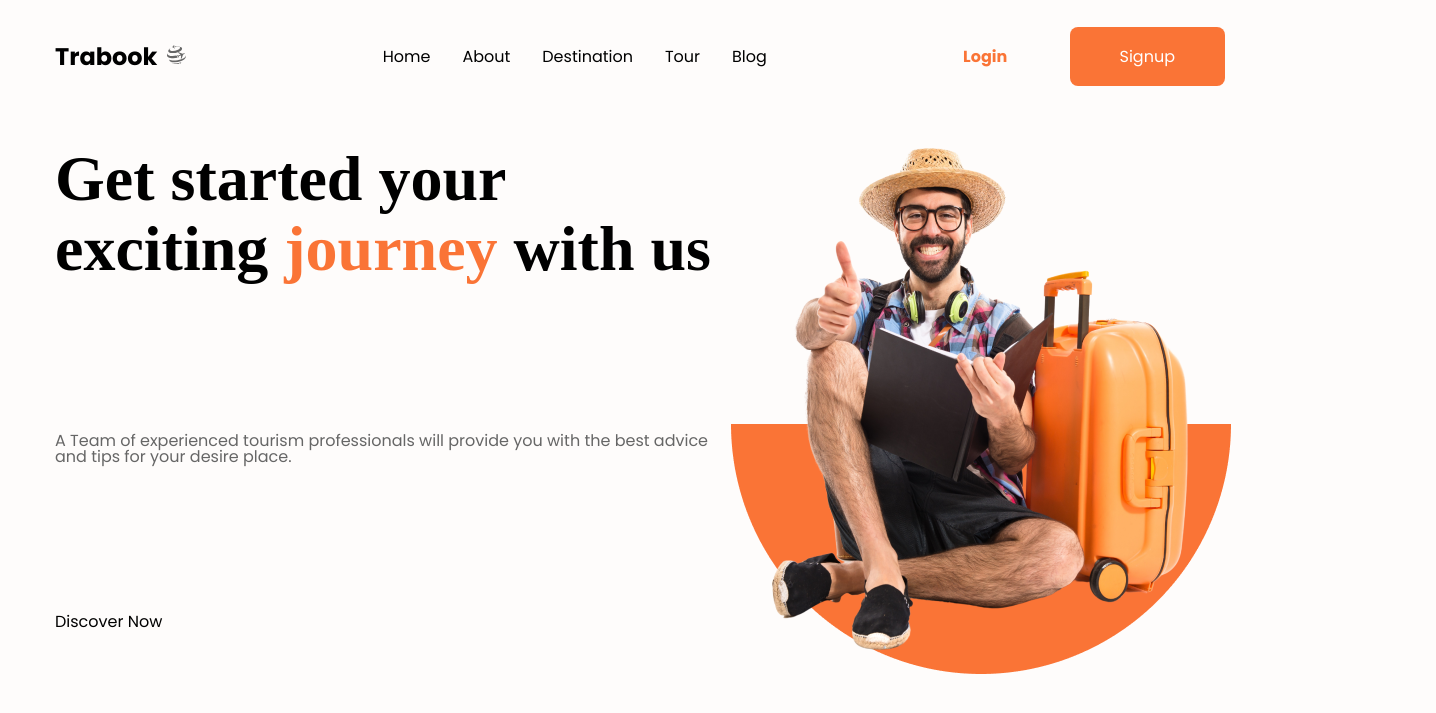
Repository: phobo99/phobo99.github.io
Page: Trabook/index.html
An editor plug-in stored every save of this project. The page is shown before and after the next save, followed by the edit.
The browser window is 1280 px wide. The page is 1436 px wide, so the pictures cover 1436 px, including what lies to the right of the window. The pictures show the whole page.
Some web libraries are served in a nearby version. The style sheet was rebuilt from its Sass, Less or Tailwind sources for each picture, by a compiler version that may differ from the author's.

Above is the page before, as saved 2022-06-18 22:18:27.

### Trabook/index.html
<!DOCTYPE html>
<html lang="en">

<head>
    <meta charset="UTF-8">
    <meta http-equiv="X-UA-Compatible" content="IE=edge">
    <meta name="viewport" content="width=device-width, initial-scale=1.0">
    <title>Responsive</title>
    <link href="https://fonts.googleapis.com/css2?family=Poppins:wght@300;400;700&display=swap" rel="stylesheet">
    <link rel="stylesheet" href="https://cdnjs.cloudflare.com/ajax/libs/font-awesome/6.1.1/css/all.min.css"
        integrity="sha512-KfkfwYDsLkIlwQp6LFnl8zNdLGxu9YAA1QvwINks4PhcElQSvqcyVLLD9aMhXd13uQjoXtEKNosOWaZqXgel0g=="
        crossorigin="anonymous" referrerpolicy="no-referrer" />

    <link rel="stylesheet" href="reset.css">
    <link rel="stylesheet" href="style.css">
</head>

<body>
    <div class="container-fluid">
        <header class="header container">
            <div class="nav-bar">
                <div class="logo">
                    <span class="text-logo">Trabook</span>
                    <svg width="19" height="19" viewBox="0 0 19 19" fill="none" xmlns="http://www.w3.org/2000/svg">
                        <path
                            d="M1.64111 4.96058C1.79426 4.76583 1.99595 4.50221 2.15747 4.31379C2.6412 3.79446 2.70397 3.72638 3.14417 3.34242C3.27473 3.24108 3.42956 3.11917 3.58103 3.00437C2.46378 3.89896 2.32151 4.88933 3.3467 5.50129C3.34503 5.50129 3.34503 5.50129 3.34503 5.50287C4.77863 6.31987 7.92034 6.14333 10.3992 5.09675C12.8003 4.08342 13.6865 2.63388 12.5015 1.77254C11.4612 1.58808 10.221 1.56671 8.90871 1.73296L8.7723 1.52L8.88528 1.16692C9.6569 1.10121 10.39 1.11704 11.0227 1.21917C11.1759 1.24371 11.3776 1.28567 11.5282 1.31575C11.8194 1.38304 11.9776 1.42342 12.1676 1.48121C12.3617 1.53583 12.5274 1.59046 12.8162 1.69179C13.099 1.79708 13.2212 1.84458 13.448 1.95146C13.702 2.06108 13.9488 2.18506 14.187 2.32275C16.0751 3.44612 14.9009 5.49575 11.5692 6.90017C8.24673 8.29983 4.01287 8.51992 2.11563 7.41C2.11479 7.40842 2.11228 7.40683 2.10726 7.40525H2.11061C1.07453 6.78458 0.965735 5.88367 1.64111 4.96058ZM10.2854 12.8139L10.2586 11.552L9.31042 10.5545C6.17792 11.2258 3.09898 11.0817 1.38669 10.1278C1.38084 10.1215 1.36661 10.1151 1.36075 10.1088C0.391624 9.54433 0.152272 8.816 0.225082 8.02433C-0.00171646 9.18254 -0.0201282 9.60054 0.0125108 10.5917C0.0526817 11.2124 0.431795 11.7847 1.19421 12.236L1.20007 12.2423C3.02533 13.3158 6.82819 13.5486 10.2854 12.8139ZM14.2397 14.2587C9.81842 15.9362 4.28486 16.0352 1.8813 14.4827C2.14087 15.0828 2.49406 15.6427 2.92909 16.1437C5.13515 17.5687 10.2143 17.4776 14.2707 15.9378C16.645 15.0377 18.143 13.8399 18.5364 12.7173L18.6468 12.3793C18.9088 11.5227 18.9582 10.8094 19 10.1745C18.9523 11.5528 17.2358 13.1203 14.2397 14.2587ZM4.47986 17.4895C4.61878 17.6146 5.05564 18.122 7.26923 18.6825C7.86761 18.8076 9.37402 19.209 12.1567 18.6255L12.1734 18.3857L11.9533 18.0595C9.37151 18.6374 6.50347 18.4442 4.47986 17.4895ZM10.8687 7.50737L13.2196 9.19283C13.2196 9.19283 13.7225 9.53563 13.248 9.77629C12.7752 10.0146 11.5608 10.598 11.5608 10.598L10.3616 10.1745L9.75983 10.4278L10.821 11.2995L10.8294 12.6556L11.4529 12.3935L11.8663 11.248C11.8663 11.248 13.1359 10.7857 13.6397 10.6115C14.146 10.4413 14.0782 11.024 14.0782 11.024L13.8288 13.8035L14.6573 13.4552L16.0215 9.70504C16.0215 9.70504 16.7446 9.37254 17.2534 9.08042C17.7614 8.78829 17.9355 8.30379 17.9355 8.30379C17.9355 8.30379 17.44 8.10192 16.8693 8.26421C16.2985 8.42492 15.5545 8.7115 15.5545 8.7115L11.6947 7.16062L10.8687 7.50737ZM5.89505 2.17471L7.49101 3.37725L7.92703 3.3155L7.05833 2.23646C7.05833 2.23646 6.8692 2.01321 7.12361 1.96017C7.3797 1.90633 8.02746 1.78125 8.02746 1.78125L8.51453 2.14937L8.8426 2.10346L8.47101 1.54454L8.66685 0.924667L8.34966 0.968208L7.9739 1.44004C7.9739 1.44004 7.31443 1.49862 7.05499 1.51921C6.79388 1.53821 6.90602 1.273 6.90602 1.273L7.40648 0L6.96795 0.0609583L5.81303 1.65142C5.81303 1.65142 5.42806 1.71792 5.14938 1.79313C4.86985 1.86754 4.72256 2.07179 4.72256 2.07179C4.72256 2.07179 4.9276 2.22854 5.21633 2.223C5.50757 2.21746 5.89505 2.17471 5.89505 2.17471ZM13.7828 17.6265L12.7501 17.1158L12.5124 17.1942L13.1242 17.712C13.1242 17.712 13.2547 17.8172 13.1175 17.8735C12.9802 17.9289 12.6304 18.065 12.6304 18.065L12.3417 17.9431L12.1701 18.0017L12.4103 18.244L12.3868 18.5978L12.5659 18.5392L12.6998 18.2519C12.6998 18.2519 13.0631 18.1497 13.2078 18.1133C13.3518 18.0761 13.3192 18.236 13.3192 18.236L13.1827 19L13.4213 18.9216L13.8891 17.9115C13.8891 17.9115 14.0958 17.8347 14.2439 17.7642C14.3921 17.6937 14.4506 17.5639 14.4506 17.5639C14.4506 17.5639 14.3192 17.4958 14.1569 17.5299C13.9937 17.5623 13.7828 17.6265 13.7828 17.6265Z"
                            fill="#666666" />
                    </svg>
                </div>
                <div class="menu-list">
                    <ul class="menu">
                        <li>Home</li>
                        <li>About</li>
                        <li>Destination</li>
                        <li>Tour</li>
                        <li>Blog</li>
                    </ul>
                </div>
                <div class="nav-login">
                    <span class="login">Login</span>
                    <span class="sign-up">Signup</span>
                </div>
            </div>
            <div class="content">
                <div class="content-left">
                    <h1 class="header-content">Get started your exciting <span class="text-org">journey</span> with us
                    </h1>
                    <span class="desc-content">A Team of experienced tourism professionals will provide you with the
                        best advice and tips for
                        your desire place. </span>
                    <div class="button">
                        Discover Now
                    </div>
                </div>
                <div class="content-right">
                    <img src="./img/people-01.png" alt="" class="img-people">
                </div>
            </div>
        </header>
    </div>
</body>

</html>

### Trabook/style.scss
$bg-color: #fefcfb;
$primary-color: #fa7436;
$header-color: #222;
$gray-color: #666666;

@mixin size($width, $height: $width) {
  width: $width;
  height: $height;
}
@mixin flexbox(
  $align: flex-start,
  $justify: flex-start,
  $flex-direction: row,
  $wrap: nowrap
) {
  display: flex;
  align-items: $align;
  justify-content: $justify;
  flex-direction: $flex-direction;
  flex-wrap: $wrap;
}
html {
  font-size: 62.5%;
}
* {
  box-sizing: border-box;
}
body {
  font-size: 1.6rem;
  font-family: "Poppins", sans-serif;
  font-weight: normal;
  background-color: #fefcfb;
}

a {
  text-decoration: none;
}

img {
  display: block;
  max-width: 100%;
}
h1 {
  font-family: "Volkhov";
  font-style: normal;
  font-weight: 700;
  font-size: 64px;
  line-height: 70px;
}
.container-fluid {
  .container {
    max-width: 1170px;
    margin: 0 auto;
  }
  .text-org {
    color: $primary-color;
  }
  .header {
    .nav-bar {
      display: flex;
      @include size(100%, 114px);
      align-items: center;
      justify-content: space-between;
      .logo {
        display: flex;
        cursor: pointer;
        .text-logo {
          font-size: 24px;
          font-weight: bold;
          margin-right: 10px;
        }
      }
      .menu-list {
        .menu {
          @include flexbox(stretch, space-between);
          gap: 32px;
          li {
            cursor: pointer;
          }
        }
      }
      .nav-login {
        .login {
          font-size: 16px;
          font-weight: 600;
          color: $primary-color;
          cursor: pointer;
        }
        .sign-up {
          padding: 18px 50px;
          background-color: $primary-color;
          border-radius: 8px;
          color: white;
          margin-left: 58px;
          cursor: pointer;
          &:hover {
            opacity: 0.8;
            transition: all 0.2s linear;
          }
        }
      }
    }
    .content {
      @include size(100%, 530px);
      @include flexbox(stretch, space-between);
      margin-top: 30px;
      .content-left {
        @include flexbox(stretch, space-between, column);
        @include size(auto, 486px);
        .header-content {
          font-size: 64px;
          font-weight: 700;
        }
        .desc-content {
          color: $gray-color;
        }
      }
      .content-right {
        @include size(100%);
        margin-right: -18%;
      }
    }
  }
}
@media screen and (min-width: 768px) {
}
@media screen and (max-width: 767px) {
}

Loaded but not shown: Trabook/reset.css (common file)

After the next save:
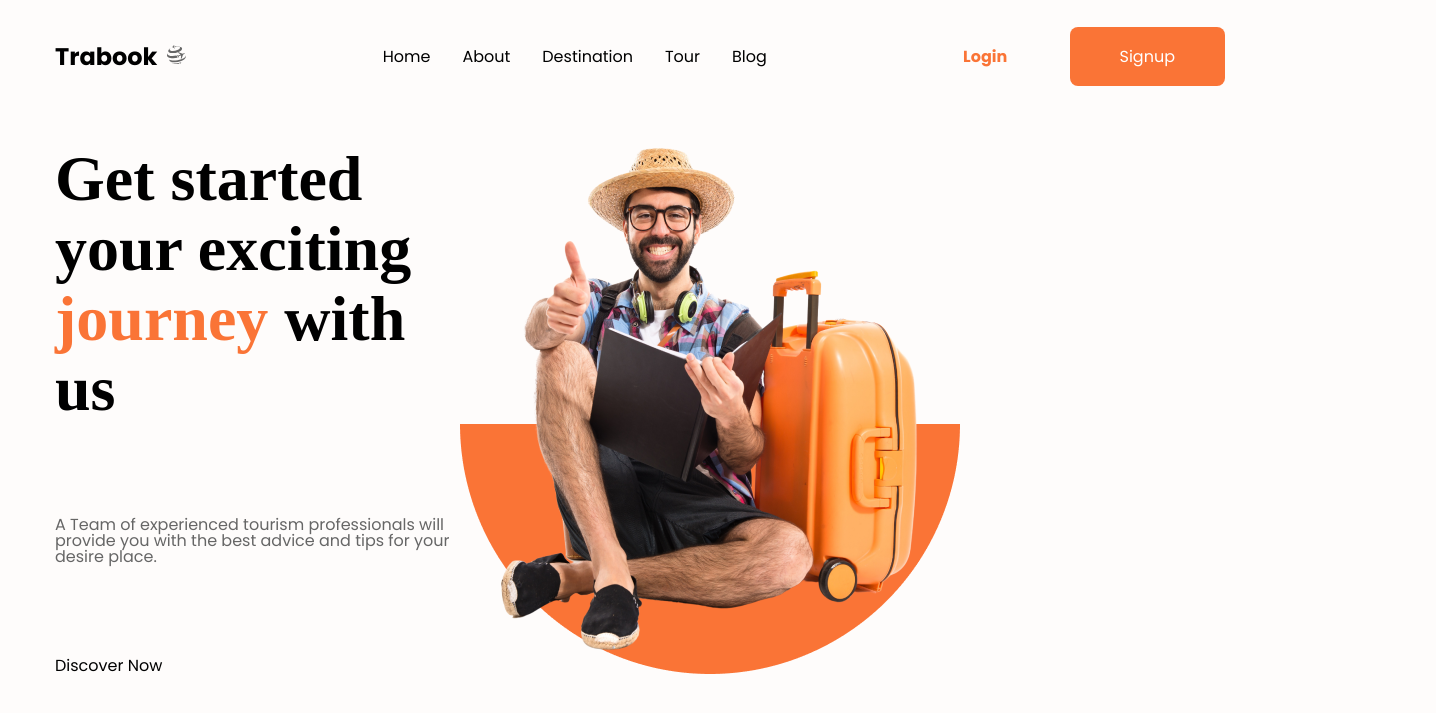
Saved 21 s later.
--- a/Trabook/style.scss
+++ b/Trabook/style.scss
@@ -106,7 +106,7 @@ h1 {
       margin-top: 30px;
       .content-left {
         @include flexbox(stretch, space-between, column);
-        @include size(auto, 486px);
+        @include size(486px, auto);
         .header-content {
           font-size: 64px;
           font-weight: 700;
